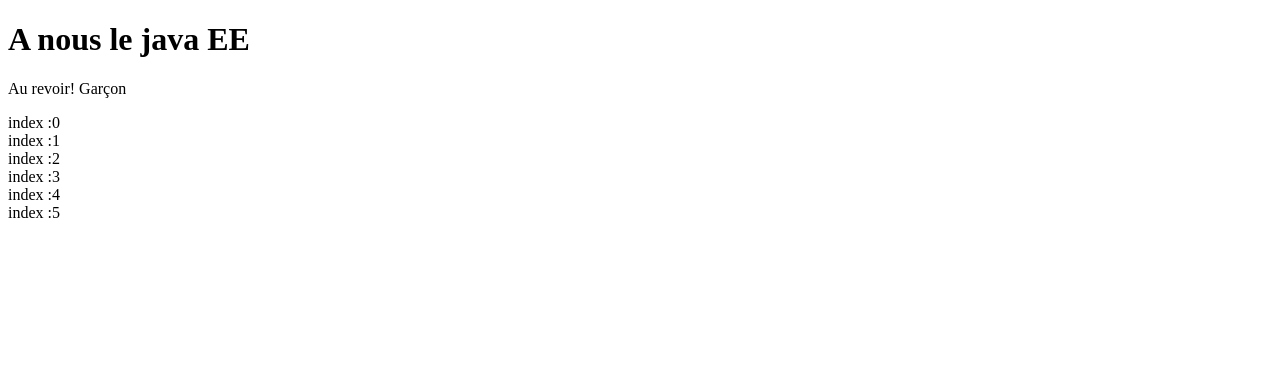
Repository: ibnadam2010/eclipse-workspace
Page: http://localhost/test/Test
An editor plug-in stored every save of this project. The page is shown before and after the next save, followed by the edit.
The browser window is 1280 px wide. The pictures show the whole page.
The page is served by Tomcat 9. Other server files are loaded and not shown.

Above is the page before, as saved 2020-11-26 17:38:37.

### test/WebContent/WEB-INF/bonjour.jsp
<%@ page language="java" contentType="text/html; charset=UTF-8"
    pageEncoding="UTF-8"%>
<!DOCTYPE html>
<html>
<head>
<meta charset="ISO-8859-1">
<title>Salut</title>
</head>
<body>
<h1>A nous le java EE</h1>

<p>
	<%
	  String variable = (String) request.getAttribute("variable");
	out.println(variable);
	%>
</p>
<span>
<% for(int i = 0;i<6;i++){
	out.println("index :"+i+"<br />");
} %>
</span>
</body>
</html>

### test/src/com/octest/servlets/Test.java
package com.octest.servlets;

import java.io.IOException;
import javax.servlet.ServletException;
import javax.servlet.annotation.WebServlet;
import javax.servlet.http.HttpServlet;
import javax.servlet.http.HttpServletRequest;
import javax.servlet.http.HttpServletResponse;


@WebServlet("/Test")
public class Test extends HttpServlet {
	private static final long serialVersionUID = 1L;


    public Test() {
        super();
        // TODO Auto-generated constructor stub
    }


	protected void doGet(HttpServletRequest request, HttpServletResponse response) throws ServletException, IOException {
		// TODO Auto-generated method stub
		String message = "Au revoir! Garçon" ;
		request.setAttribute("variable", message);
		this.getServletContext().getRequestDispatcher("/WEB-INF/bonjour.jsp").forward(request, response);
	}


	protected void doPost(HttpServletRequest request, HttpServletResponse response) throws ServletException, IOException {
		// TODO Auto-generated method stub

	}

}

After the next save:
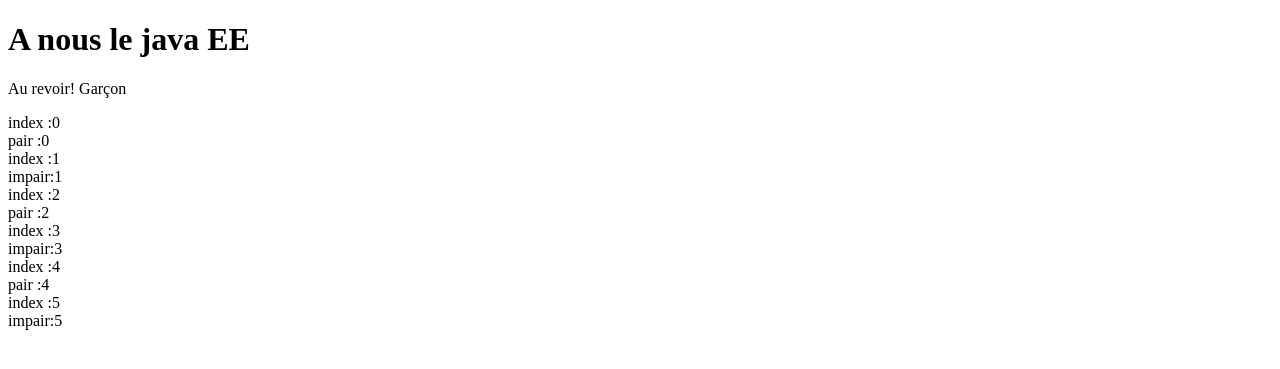
Saved 3 min 56 s later.
--- a/test/WebContent/WEB-INF/bonjour.jsp
+++ b/test/WebContent/WEB-INF/bonjour.jsp
@@ -18,6 +18,11 @@
 <span>
 <% for(int i = 0;i<6;i++){
 	out.println("index :"+i+"<br />");
+	if (i % 2!=0){
+		out.println("impair:"+i+"<br />");
+	}else{
+		out.println("pair :"+i+"<br />");
+	}
 } %>
 </span>
 </body>
